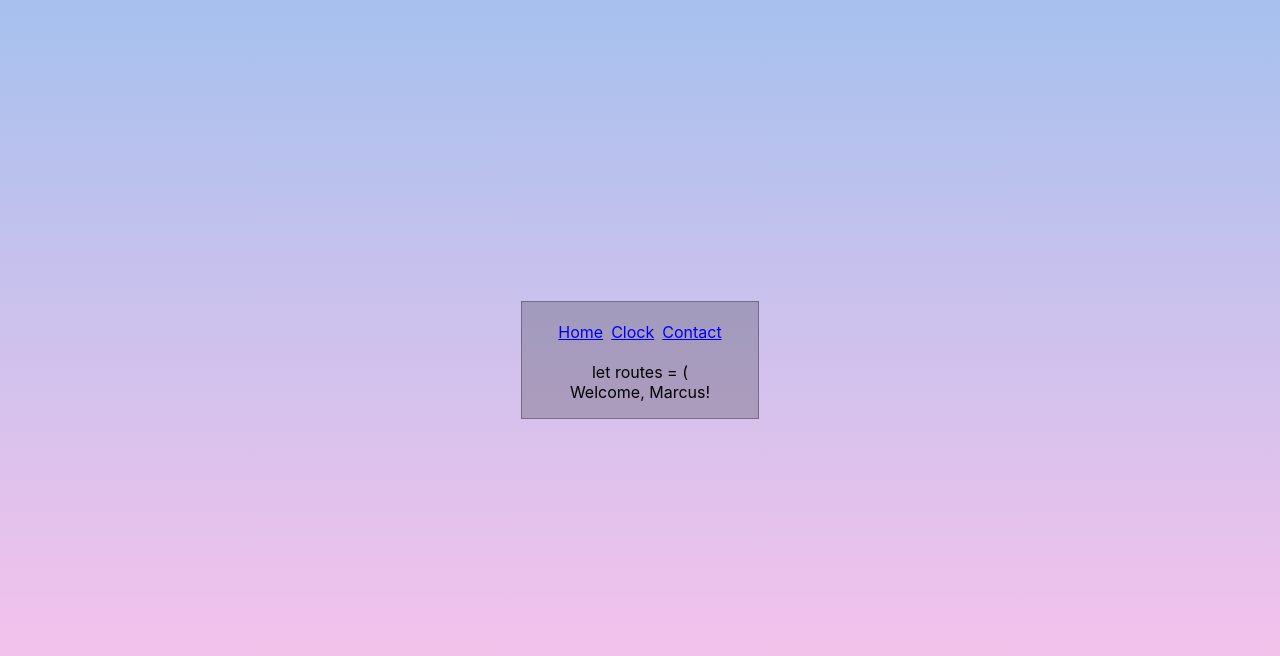
Repository: marcusmerrick/jeopardy
Page: /
An editor plug-in stored every save of this project. The page is shown before and after a run of saves, followed by the edit.
The browser window is 1280 px wide. The pictures show the whole page.
The project was rebuilt for these pictures with package versions that can differ from the ones it lists, and the page was loaded fresh each time. A package was used in the major version that the imports need, not the one package.json lists. Also part of the build but not shown: src/Components/Clocks/Clock.js, src/Components/Contact/Contact.js.

Above is the page before, as saved 2020-08-13 15:10:07.

### src/index.css
body {
  margin: 0;
  padding: 0;
  font-family: -apple-system, BlinkMacSystemFont, "Segoe UI", "Roboto", "Oxygen",
    "Ubuntu", "Cantarell", "Fira Sans", "Droid Sans", "Helvetica Neue",
    sans-serif;
  -webkit-font-smoothing: antialiased;
  -moz-osx-font-smoothing: grayscale;

  display: flex;
  height: 100vh;
  align-items: center;
  justify-content: center;

  background-image: linear-gradient(to top, #fbc2eb 0%, #a6c1ee 100%);
}

.App {
  background: rgba(0, 0, 0, 0.2);
  border: 1px solid rgba(0, 0 ,0, 0.3);
  padding: 1rem 2rem;
}

form > div {
  margin-bottom: 0.5rem;
}

label {
  margin-right: 0.5rem;
}

input {
  border: 1px solid rgba(0, 0 ,0, 0.5);
  font-size: 1rem;
  padding: 4px;
}

button {
  background: #7067CFAA;
  padding: 4px;
  border: 1px solid rgba(0, 0 ,0, 0.5);
  color: white;
  font-size: 1rem;
  width: 100%;
}

.Welcome {
  width: 100%;
}

.Navigation {
  margin-bottom: 1rem;
}

.Navigation ul {
  list-style-type: none;
  margin: 0;
  padding: 0;
}

.Navigation li {
  display: inline-block;
}

.Navigation a {
  display: block;
  padding: 4px;
}

### src/App.js
import React from "react";
import { Route } from 'react-router-dom';
import { Switch } from 'react-router';
import "./App.css";
import Navigation from './Components/Navigation/Navigation'
import Welcome from './Components/Welcome/Welcome';
import Clock from './Components/Clocks/Clock';
import Contact from './Components/Contact/Contact';

function App() {
  return (<div className="App">

    <Navigation />
     {/* define our routes */}
     let routes = (
     <Switch>
      <Route
          exact

          path="/Welcome/:name"
          render={(props) => <Welcome {...props} />}
      />
        <Route
        exact path='/'
        render={(props) => <Welcome {...props} name="Marcus" />}
      />

        <Route path="/clock" component={Clock} />
        <Route path="/contact" component={Contact} />
      </Switch>
    </div>
    );
}

export default App;

### src/Components/Navigation/Navigation.js
import React from 'react';
import { Link } from 'react-router-dom';

function Navigation(){
    return(
        <div className="Navigation">
            <ul>
                <li><Link to='/'>Home</Link></li>
                <li><Link to='Clock'>Clock</Link></li>
                <li><Link to='Contact'>Contact</Link></li>
            </ul>
        </div>
    )
};

export default Navigation;

### src/Components/Welcome/Welcome.js
import React from 'react'

function Welcome(props){
    return(
        <div className='Welcome'>
            Welcome, {props.name}{props.match.params.name}!
        </div>
    )
}

export default Welcome

Loaded but not shown: public/index.html (common file); src/index.js (common file); src/serviceWorker.js (common file); src/App.css (common file)

After the next 2 saves:
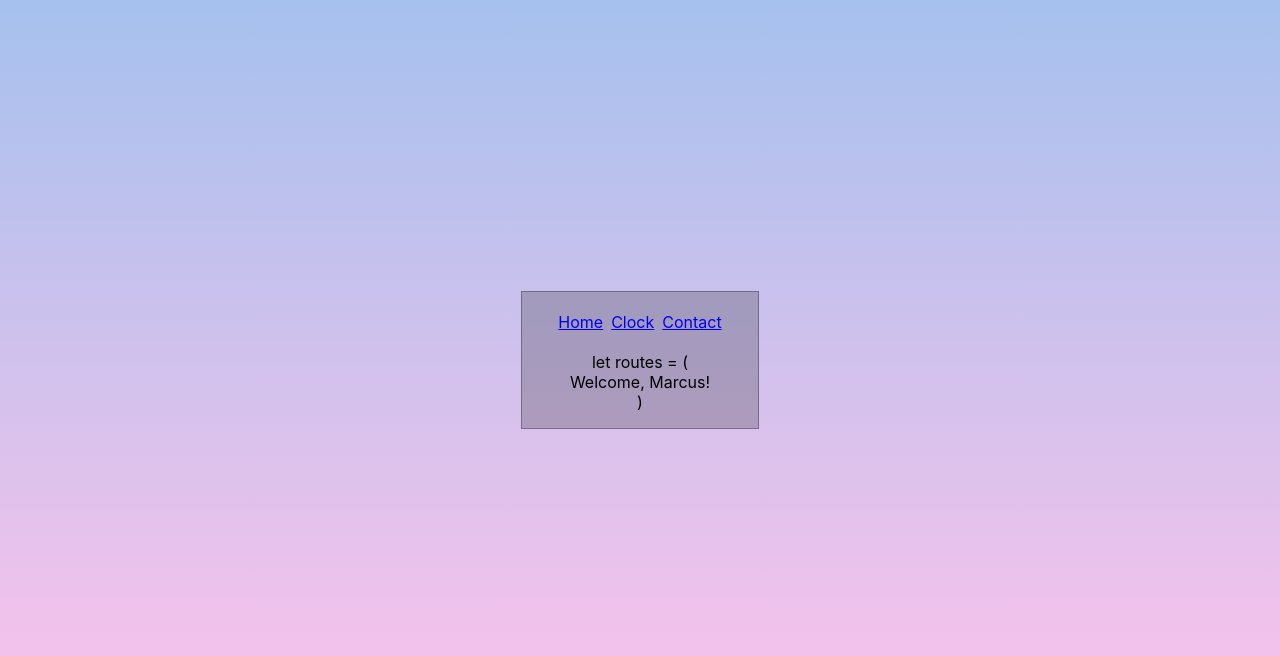
The 2 saves are shown as one change because they came seconds apart.
The last was saved 10 s later.
--- a/src/App.js
+++ b/src/App.js
@@ -28,6 +28,7 @@ function App() {
         <Route path="/clock" component={Clock} />
         <Route path="/contact" component={Contact} />
       </Switch>
+     )
     </div>
     );
 }
